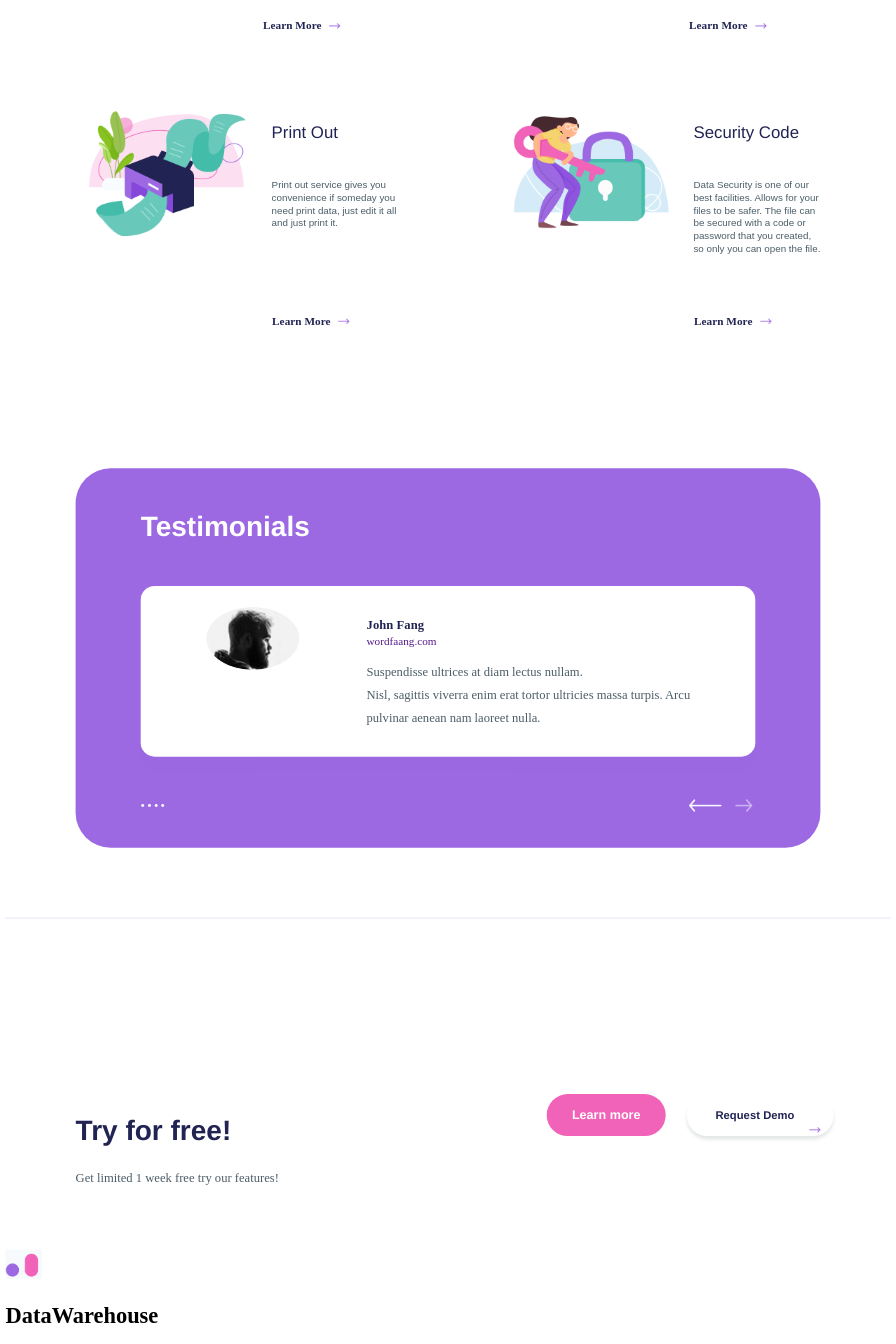
Repository: batonAnton/HW6_flexbox
Page: index.html
The author's editor kept a copy of each file at every save. The page is drawn from the files as they stood at one save, then again after the next save.
The browser window is 1280 px wide. The pictures show the part of the page from y = 1830 to 3750 px (the page is 3750 px tall before and 3625 px after), at 70% of full size.
Some web fonts or font styles are not loaded; a fallback is used.

Above is the page before, as saved 2022-06-19 15:52:41.

### index.html
<!DOCTYPE html>
<html lang="en">
<head>
    <meta charset="UTF-8">
    <meta http-equiv="X-UA-Compatible" content="IE=edge">
    <meta name="viewport" content="width=device-width, initial-scale=1.0">
    <link href="http://fonts.cdnfonts.com/css/helvetica-neue-9" rel="stylesheet">
    <link rel="stylesheet" href="./fonts/Helvetica-Bold.ttf">
    <link rel="stylesheet" href="./fonts/AvenirLTStd-Black.otf">
    <link rel="stylesheet" href="./css/style.css">
    <title>FlexBox</title>
</head>
<body>
    <header>
        <div class="logo">
            <img src="./images/logo.png" alt="logo">
        </div>

        <nav>
            <ul>
                <li>
                    <a href="#">about</a>
                </li>
                <li>
                    <a href="#">help</a>
                </li>
                <li>
                    <a href="#">features</a>
                </li>
                <li>
                    <a href="#">signup</a>
                </li>
            </ul>
        </nav>

        <div class="header-btn">
            <div>
                <button>request demo</button>
            </div>
            <div class="btn-img">
                <img src="./images/right-arrow.png" alt="arrow-right" >
            </div>
        </div>
    </header>

    <div class="section allstyles">
        <div class="info">
            <h1>Save your data <br> storage here.</h1>
            <p>Data Warehouse is a data storage area that <br>has been
                tested for security, so you can store <br> your data here
                safely but not be afraid of <br> being stolen by others.</p>
            <button>Learn more</button>
        </div>

        <div class="section-img">
            <img src="./images/headerImg.png" alt="">
        </div>
    </div>

    <div class="section2 allstyles">
        <div class="sectin2-img">
            <img src="./images/assideimg.png" alt="assideimg">
        </div>

        <div class="section2-info">
            <h1>We are a high-level data <br> storage bank</h1>
            <p>
                The place to store various data that you can access at any <br> time through the internet  and where you can carry it. <br>
                This very flexible storage area has a high level of security. <br> To enter into your own data you must enter the password <br> that you created when you registered in this Data <br> Warehouse.
            </p>
        </div>
    </div>

    <div class="section3 allstyles">
        <h1 class="section3-header"> Features</h1>
        <p class="section3-header">Some of the features and advantages that we provide for those of you <br> who store data in this Data Warehouse.</p>

        <div class="row1">
            <div class="block">
                <img src="./images/section3/image1 1.png" alt="img">
                <div class="info">
                    <h1>Search Data</h1>
                <p>
                    Don’t worry if your data is very <br> large, the Data Warehoue <br> provides a search engine, <br> which is useful for making it <br> easier to find data effectively <br> saving time.
                </p>

                <div class="header-btn section3-btn">
                    <div>
                        <button>Learn more</button>
                    </div>
                    <div class="btn-img">
                        <img src="./images/right-arrow.png" alt="arrow-right" >
                    </div>
                </div>
                </div>

            </div>


            <div class="block">
                <img src="./images/section3/image2.png" alt="img">
                <div class="info">
                    <h1>24 Hours Access</h1>
                <p>
                    Access is given 24 hours a full <br> morning to night and
                    meet <br> again in the morning, giving <br> you comfort when
                    you need <br> data when urgent.
                </p>

                <div class="header-btn section3-btn">
                    <div>
                        <button>Learn more</button>
                    </div>
                    <div class="btn-img">
                        <img src="./images/right-arrow.png" alt="arrow-right" >
                    </div>
                </div>
                </div>

            </div>
        </div>

        <!-- row2 start -->

        <div class="row1 row2">
            <div class="block">
                <img src="./images/section3/image3 1.png" alt="img">
                <div class="info">
                    <h1>Print Out</h1>
                <p>
                    Print out service gives you <br> convenience if someday
                    you <br> need print data, just edit it all <br> and just print it.
                </p>

                <div class="header-btn section3-btn">
                    <div>
                        <button>Learn more</button>
                    </div>
                    <div class="btn-img">
                        <img src="./images/right-arrow.png" alt="arrow-right" >
                    </div>
                </div>
                </div>

            </div>


            <div class="block">
                <img src="./images/section3/image4 1.png" alt="img">
                <div class="info">
                    <h1>Security Code</h1>
                <p>
                    Data Security is one of our <br> best facilities. Allows for your <br> files
                    to be safer. The file can <br> be secured with a code or <br>
                    password that
                    you created, <br> so only you can open the file.
                </p>

                <div class="header-btn section3-btn">
                    <div>
                        <button>Learn more</button>
                    </div>
                    <div class="btn-img">
                        <img src="./images/right-arrow.png" alt="arrow-right" >
                    </div>
                </div>
                </div>

            </div>
        </div>
    </div>

    <div class="section4 allstyles">
        <h1>Testimonials</h1>

        <div class="block">
            <img class="rounded" src="./images/section3/Ellipse 76.jpg" alt="img">
            <div class="info">
                <h1>John Fang </h1>
                <a href="">wordfaang.com</a>
                <p>
                    Suspendisse ultrices at diam lectus nullam. <br>
                    Nisl, sagittis viverra enim erat tortor ultricies massa turpis. Arcu <br> pulvinar aenean nam laoreet nulla.
                </p>
            </div>
        </div>
        <h4>&#x2022 &#x2022 &#x2022 &#x2022</h4>
        <p class="right"> <img src="./images/section3/arrows.png" alt="arrows"> </p>
    </div>
    <hr>


    <div class="forfree allstyles">
        <div class="free-info">
            <h1>Try for free!</h1>
            <p>Get limited 1 week free try our features!</p>
        </div>

        <div class="btn-block">
            <button>Learn more</button>
            <div class="header-btn">
                <div>
                    <button>request demo</button>
                </div>
                <div class="btn-img">
                    <img src="./images/right-arrow.png" alt="arrow-right" >
                </div>
            </div>
        </div>
    </div>

    <footer>
        <div class="allblock">
            <div class="adress">
                <img src="./images/logo.png" alt="logo">
                <h1>DataWarehouse</h1>
            </div>
        </div>
    </footer>
</body>
</html>

### css/style.css
body {
  box-sizing: border-box;
  font-family: "Avenir";
}

.allstyles{
    margin: 70px 100px;
}

header {
  display: flex;
  margin: 30px 100px;
  justify-content: space-between;
  /* border: 1px solid gray; */
 font-family: Arial, Helvetica, sans-serif;
  font-size: 16px;
}


nav {
  margin-right: 40%;
}

nav ul {
  display: flex;
  list-style: none;
  color: #4b5d68;
}

nav ul li a {
  text-decoration: none;
  padding-left: 20px;
  text-transform: capitalize;
}

.header-btn {
  display: flex;
  justify-content: center;
}


.header-btn button {
  padding: 15px 30px 15px 15px;
  text-transform: capitalize;
  border: none;
  border-radius: 50px;
  background: #ffffff;
  box-shadow: 0px 5px 5px rgb(75 93 104 / 15%);
  width: 210px;
  color: #212353;
  font-size: 16px;
  font-weight: 800;
  line-height: 100%;
  letter-spacing: 0.005em;
}

.btn-img {
  margin-left: -35px;
  padding-left: -15px;
  align-self: center;
}

button img {
  padding-top: 5px;
  margin-left: 5px;
}

button:hover {
  border: 1px solid rgba(156, 105, 226, 1);
  text-decoration: underline;
}

.section {
  display: flex;
  position: relative;
  height: 600px;
  overflow: hidden;
}


.info {
  width: 50%;
}

.section h1 {
  font-style: normal;
  font-weight: 700;
  font-size: 4rem;
  line-height: 110%;
  font-family: "Helvetica Neue", sans-serif;
  color:#212353;
  font-weight: 700;
}



.section p {
  font-family: 'Avenir', Helvetica, sans-serif;
  font-style: normal;
  font-weight: 500;
  font-size: 16px;
  line-height: 28px;
  margin-top: 50px;
  margin-bottom: 50px;
}

.section-img {
  position: absolute;
  bottom: 1%;
  right: -13%;
}
.section-img img {
  width: 84%;
}

.info button{
    font-family: 'Avenir', Helvetica, sans-serif;
    font-style: normal;
    font-weight: 700;
    font-size: 18px;
    line-height: 160%;
    background-color: #9C69E2;
    border-radius: 50px;
    color: #ffffff;
    width: 170px;
    height: 60px;
    border: none;
    cursor: pointer;
}


.section2{
    display: flex;
    justify-content: space-between;
    background: rgba(240, 99, 184, 0.15);
    border-radius: 50px;
    font-family: 'Avenir', Helvetica, sans-serif;
}

.section2 h1{
    font-style: normal;
    font-weight: 700;
    font-size: 40px;
    line-height: 130%;
    color: #212353;
}

.section2 p{
    font-family: 'Avenir', Helvetica, sans-serif;
font-style: normal;
font-weight: 400;
font-size: 16px;
line-height: 160%;
}

.section2-info{
    padding:55px;
}


.section3-header{
    text-align: center;
    margin: -30px 0 75px 0;
}

.row1{
    display: flex;
    justify-content: space-between;
}

.row1 .block img{
    float: left;
}

.section3 .info{
  float: right;
  width: auto;
  margin-left: 35px;
}

.section3 .info h1{
  font-family: 'Helvetica';
font-style: normal;
font-weight: 400;
font-size: 24px;
line-height: 130%;
color: #212353;
}

.section3 .info p{
  font-family: 'Avenir',  sans-serif;
font-style: normal;
font-weight: 200;
font-size: 14px;
line-height: 130%;
color: #4B5D68;
margin-top: 50px;
/* margin-bottom: 50px; */
height: 160px;
}

.section3 .section3-btn button{
  padding:0;
  color: #212353;
  box-shadow: none;
  background-color: #ffffff;
  font-family: 'Avenir';
  font-style: normal;
  font-weight: 900;
  font-size: 16px;
  line-height: 160%;
  letter-spacing: 0.005em;
  width:85px;
}

.section3 .header-btn{
  display: flex;
  justify-content: flex-start;
}

.section3 .btn-img{
  margin-left: 10px;
}

.row2{
  margin: 90px 0  180px 0;
}

.section4{
  /* height: 709px; */
  background-color: #9C69E2;
  border-radius: 50px;
  padding: 30px 93px;
}

.section4 h1{
  font-family: 'Helvetica';
  font-style: normal;
  font-weight: 700;
  font-size: 40px;
  line-height: 130%;
  color: #FFFFFF;
  margin-bottom: 60px;
}

.section4 .block{
  background-color: #FFFFFF;
  box-shadow: 0px 20px 0px rgba(156, 105, 226, 0.3);
  border-radius: 20px;
  padding: 30px 93px 120px 93px;
}

.section4 .info{
  float: right;
  width: auto;
}

.section4 .info h1{
font-family: 'Avenir';
font-style: normal;
font-weight: 900;
font-size: 18px;
line-height: 160%;
letter-spacing: 0.005em;
color: #212353;
margin-bottom: 0;
}

.section4 .info p{
  font-family: 'Avenir';
font-style: normal;
font-weight: 400;
font-size: 18px;
line-height: 180%;
color: #4B5D68;
}

.section4 .info a{
  text-decoration: none;
}

.rounded{
  border-radius:50%;
}

h4{
  color: #ffffff;
  margin-top: 60px ;
}

.right{
  margin-left: auto;
  margin-right: auto;
  float: right;
  margin-top: -44px;
}

hr{
  margin-top: 100px;
  /* margin-bottom: 45px; */
  background: #9C69E2;
  opacity: 0.2;
}

.forfree{
  margin-top: 250px;
  display: flex;
  justify-content: space-between;
}

.forfree h1{
  font-family: 'Helvetica';
font-style: normal;
font-weight: 700;
font-size: 40px;
line-height: 130%;
display: flex;
align-items: center;
color: #212353;
}

.forfree p{
  font-family: 'Avenir';
font-style: normal;
font-weight: 500;
font-size: 18px;
line-height: 160%;
color: #4B5D68;
}

.forfree button{
  font-family: 'Avenir', Helvetica, sans-serif;
    font-style: normal;
    font-weight: 700;
    font-size: 18px;
    line-height: 160%;
    background-color: #F063B8;
    border-radius: 50px;
    color: #ffffff;
    width: 170px;
    height: 60px;
    border: none;
    cursor: pointer;
    margin-left: 30px;
}

.forfree .header-btn button {
  padding: 15px 30px 15px 15px;
  text-transform: capitalize;
  border: none;
  border-radius: 50px;
  background: #ffffff;
  box-shadow: 0px 5px 5px rgb(75 93 104 / 15%);
  width: 210px;
  color: #212353;
  font-size: 16px;
  font-weight: 800;
  line-height: 100%;
  letter-spacing: 0.005em;
}

.forfree .btn-img{
  margin-top: -45px;
}

.btn-block{
  display: flex;

}

After the next save:
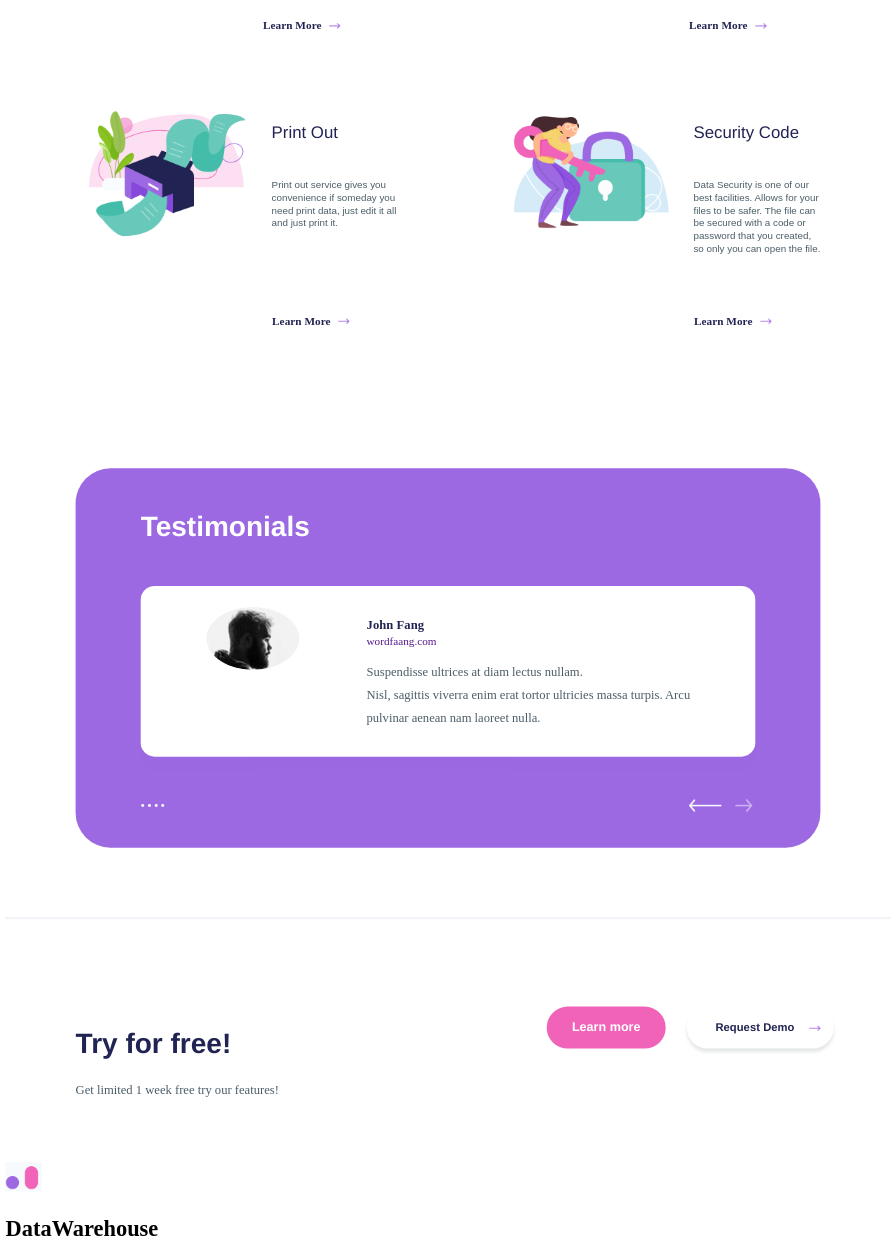
Saved 111 s later.
--- a/css/style.css
+++ b/css/style.css
@@ -297,13 +297,13 @@ h4{
 
 hr{
   margin-top: 100px;
-  /* margin-bottom: 45px; */
+  margin-bottom: 45px;
   background: #9C69E2;
   opacity: 0.2;
 }
 
 .forfree{
-  margin-top: 250px;
+  margin-top: 125px;
   display: flex;
   justify-content: space-between;
 }
@@ -360,10 +360,9 @@ color: #4B5D68;
 }
 
 .forfree .btn-img{
-  margin-top: -45px;
+  margin-top: -85px;
 }
 
 .btn-block{
   display: flex;
-
-}
+}
